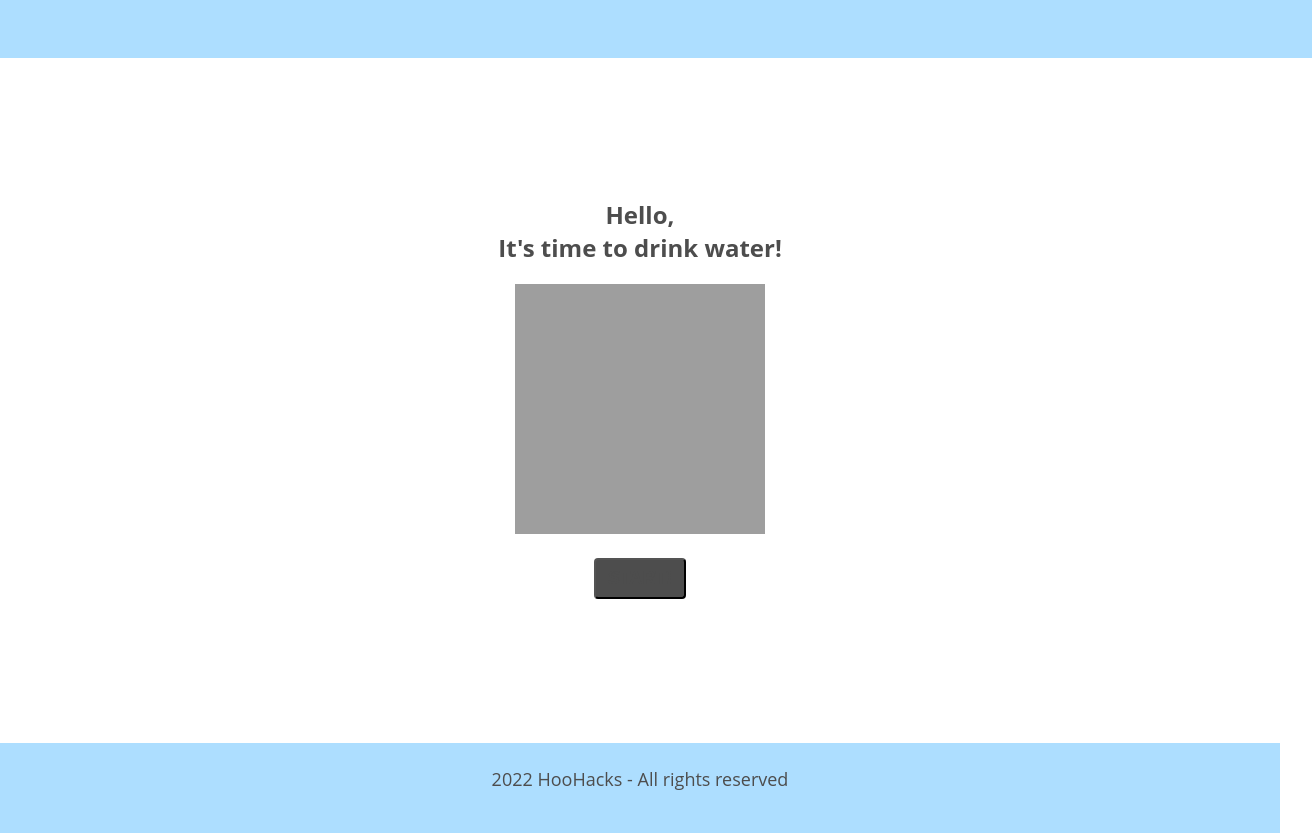
Repository: jennyjjung/H2ODaily
Page: index.html
The author's editor kept a copy of each file at every save. The page is drawn from the files as they stood at one save, then again after the next save.
The browser window is 1280 px wide. The page is 1312 px wide, so the pictures cover 1312 px, including what lies to the right of the window. The pictures show the whole page.
The pointer rests on the first visible `.btn__home`.
Pictures or frames that could not be fetched are drawn as grey boxes.

Above is the page before, as saved 2022-03-26 15:04:06.

### index.html
<!DOCTYPE html>
<html lang="en">
<head>
  <meta charset="UTF-8">
  <meta http-equiv="X-UA-Compatible" content="IE=edge">
  <meta name="viewport" content="width=device-width, initial-scale=1.0">
  <title>H2O Daily</title>
  <link rel="stylesheet" href="style.css" />
  <script src="main.js" defer></script>
</head>
<body>

  <nav id="navbar">
    <div class="navbar__container"></div>
  </nav>

  <section id="home">
    <div class= "home__container">
      <h1 class="home__title">Hello, <br>It's time to drink water! </h1>
      <img src="images/krusty_krab.png" alt="H2ODaily Logo" class="home__logo">
      <button class="btn__home">START!</button>
    </div>
  </section>

  <section id="bottom">
    <div class= "bottom__container">
      <p class="bottom__rights">2022 HooHacks - All rights reserved</p>
    </div>
  </section>

</body>
</html>

### style.css
/* Global */
:root {
  /* Color */
  --color-white: #ffffff;
  --color-dark-grey: #4d4d4d;
  --color-blue: #addeff;
  --color-dark-blue: #95ccf0;

  /* Font weight */
  --weight-bold: 700;
  --weight-semi-bold: 600;
  --weight-regular: 400;

  /* Font Size */
  --font-large: 48px;
  --font-medium: 28px;
  --font-regular: 18px;
  --font-small: 16px;
  --font-micro: 14px;

  /* Size */
  --size-border-radius: 4px;
}

body {
  margin: 0;
  font-family: "Open Sans", sans-serif;
  cursor: default;
}

p {
  font-size: var(--font-regular);
  font-weight: var(--weight-regular);
  color: var(--color-dark-grey);
  margin: 4px 0;
}

/* Navbar */
#navbar {
  width: 100%;
  height: 26px;
  background-color: var(--color-blue);
  padding: 16px;
}

/* Home */
#home {
  padding: 120px 40px;
  text-align: center;
}

.home__title {
  color: var(--color-dark-grey);
}

.home__container {
  display: flex;
  flex-direction: column;
  align-items: center;
}

.home__logo {
  width: 250px;
  height: 250px;
}

.btn__home {
  color: var(--color-dark-grey);
  background-color: var(--color-blue);
  font-size: var(--font-regular);
  font-weight: var(--weight-bold);
  margin: 24px;
  padding: 8px 12px;
  border-radius: var(--size-border-radius);
}

.btn__home:hover {
  background-color: var(--color-dark-grey);
}

#bottom {
  background-color: var(--color-blue);
  padding: 20px;
  text-align: center;
  height: 50px;
}

Loaded but not shown: main.js (no copy from this time; the picture is the same without it)

After the next save:
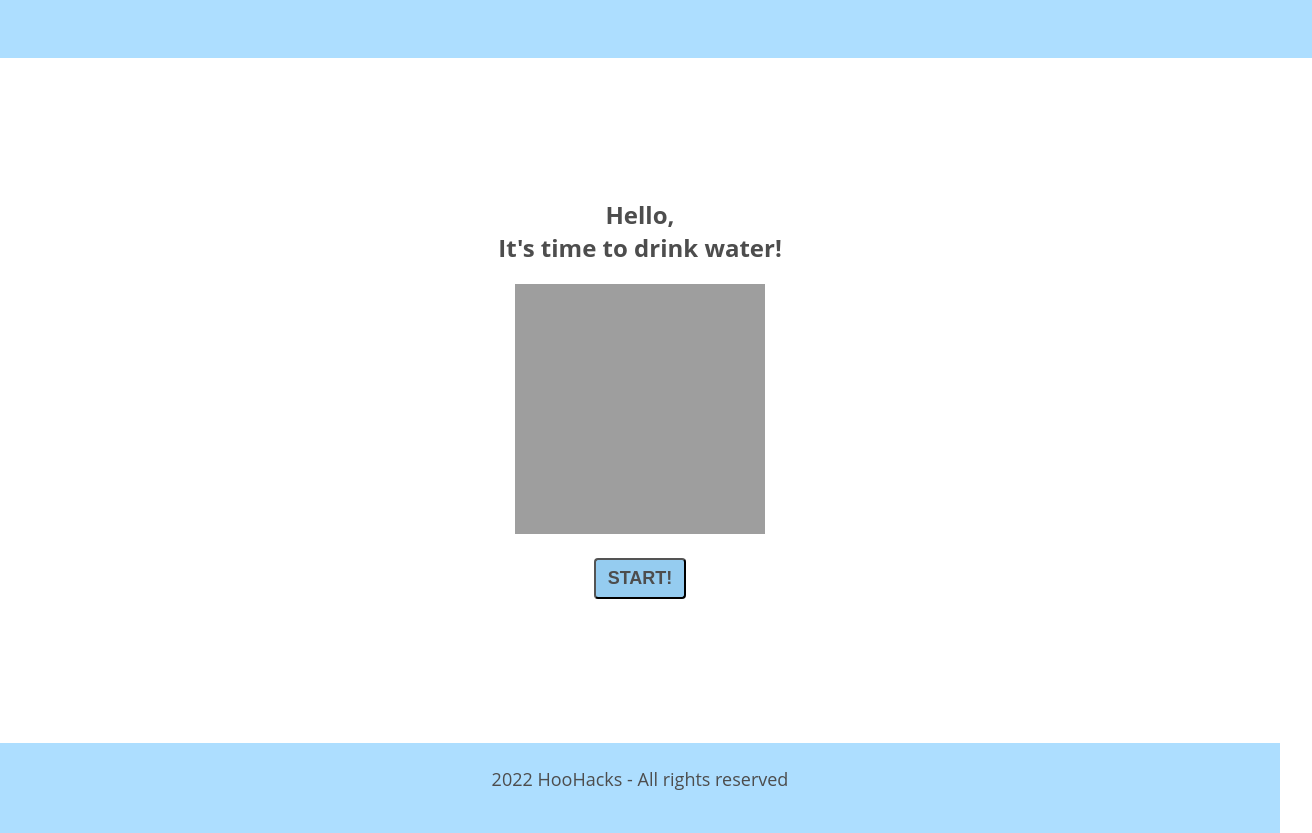
Saved 5 s later.
--- a/style.css
+++ b/style.css
@@ -75,7 +75,7 @@ p {
 }
 
 .btn__home:hover {
-  background-color: var(--color-dark-grey);
+  background-color: var(--color-dark-blue);
 }
 
 #bottom {
